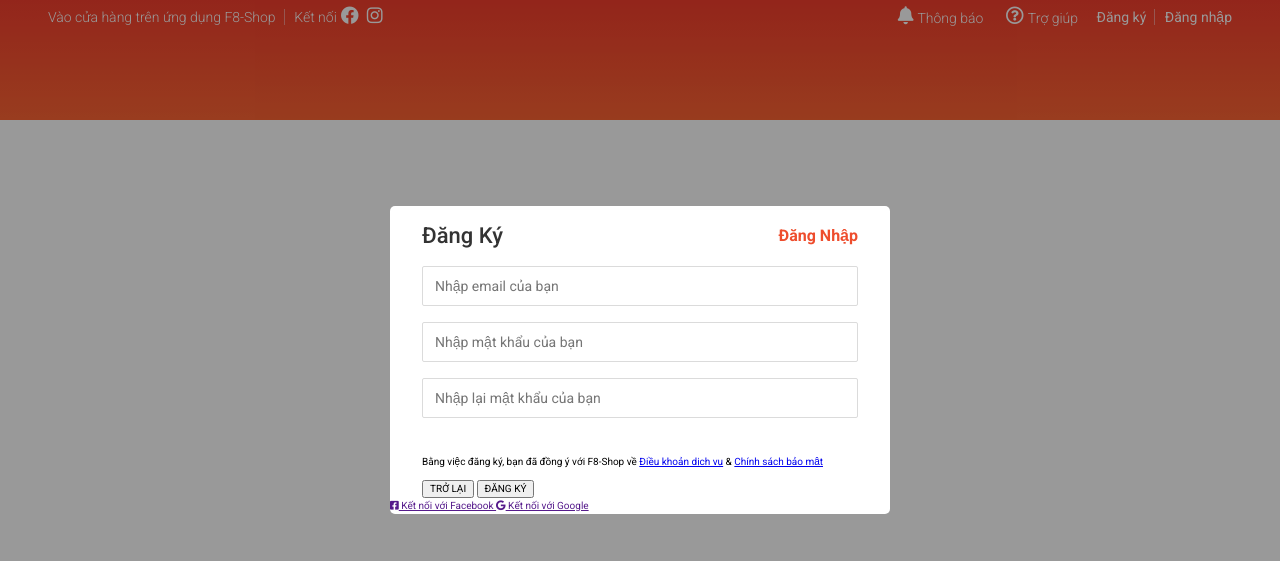
Repository: huynhnhan112/Shopee_Homepage
Page: index.html
These files come from the project's save history. The page is drawn as it stood at one moment and after the next save; the edit follows.
The browser window is 1280 px wide. The pictures show the whole page.

Above is the page before, as saved 2021-11-19 14:25:03.

### index.html
<!DOCTYPE html>
<html lang="en">

<head>
    <meta charset="UTF-8">
    <meta http-equiv="X-UA-Compatible" content="IE=edge">
    <meta name="viewport" content="width=device-width, initial-scale=1.0">
    <link rel="stylesheet" href="https://cdnjs.cloudflare.com/ajax/libs/normalize/8.0.1/normalize.min.css"
        integrity="sha512-NhSC1YmyruXifcj/KFRWoC561YpHpc5Jtzgvbuzx5VozKpWvQ+4nXhPdFgmx8xqexRcpAglTj9sIBWINXa8x5w=="
        crossorigin="anonymous" referrerpolicy="no-referrer" />
    <link rel="preconnect" href="https://fonts.googleapis.com">
    <link rel="preconnect" href="https://fonts.gstatic.com" crossorigin>
    <link href="https://fonts.googleapis.com/css2?family=Roboto:wght@100;300;400;500;700&display=swap" rel="stylesheet">
    <link rel="stylesheet" href="./assets/fonts/fontawesome-free-5.15.4/fontawesome-free-5.15.4-web/css/all.min.css">
    <link rel="stylesheet" href="./assets/css/base.css">
    <link rel="stylesheet" href="./assets/css/style.css">
    <title>F8 - Shop</title>
</head>

<body>
    <div class="app">
        <header class="header">
            <div class="grid">
                <nav class="header__navbar">
                    <ul class="header__navbar-list">
                        <li class="header__navbar-item header__navbar-item--qr header__navbar-item--separate">Vào cửa
                            hàng trên ứng dụng F8-Shop
                            <div class="header__qr">
                                <img src="./assets/img/qr_code.png" alt="QR code" class="header__qr-img">
                                <div class="header__qr-apps">
                                    <a href="" class="header__qr-link">
                                        <img src="./assets/img/google_play.png" alt="Google Play"
                                            class="header__qr-download">
                                    </a>
                                    <a href="" class="header__qr-link">
                                        <img src="./assets/img/app_store.png" alt="App Store"
                                            class="header__qr-download">
                                    </a>
                                </div>
                            </div>
                        </li>
                        <li class="header__navbar-item">
                            <span class="header__navbar-title">Kết nối</span>
                            <a href="#" class="header__navbar-icon-link">
                                <i class="header__navbar-icon fab fa-facebook"></i>
                            </a>
                            <a href="#" class="header__navbar-icon-link">
                                <i class="header__navbar-icon fab fa-instagram"></i>
                            </a>
                        </li>
                    </ul>
                    <ul class="header__navbar-list">
                        <li class="header__navbar-item header__navbar-item--show-notify">
                            <a href="#" class="header__navbar-item-link">
                                <i class="header__navbar-icon fas fa-bell"></i>
                                Thông báo
                            </a>
                            <div class="header__notify">
                                <header class="header__notify-header">
                                    <h3>Thông Báo Mới Nhận</h3>
                                </header>
                                <ul class="header__notify-list">
                                    <li class="header__notify-item header__notify-item--viewed">
                                        <a href="" class="header__notify-link">
                                            <img src="https://img.abaha.vn/photos/origin/83-1586781803-myphamohui-lgvina.png"
                                                alt="" class="header__notify-img">
                                            <div class="header__notify-info">
                                                <span class="header__notify-name">Ohui chính thức ra mắt dòng son
                                                    lì mới The First Genture Lipstick</span>
                                                <span class="header__notify-description">Một lần môi căng mềm, quyến
                                                    rũ với sắc màu nổi bật luôn là điều mà các quý cô ao
                                                    ước</span>
                                            </div>
                                        </a>
                                    </li>
                                    <li class="header__notify-item header__notify-item--viewed">
                                        <a href="" class="header__notify-link">
                                            <img src="https://img.abaha.vn/photos/origin/83-1586781803-myphamohui-lgvina.png"
                                                alt="" class="header__notify-img">
                                            <div class="header__notify-info">
                                                <span class="header__notify-name">Xác thực chính hãng nguồn gốc
                                                    các sản phẩm Ohui</span>
                                                <span class="header__notify-description">HiddenTag là xác thực hàng
                                                    chính hãng bằng công nghệ tiên tiến nhất hiện nay</span>
                                            </div>
                                        </a>
                                    </li>
                                    <li class="header__notify-item">
                                        <a href="" class="header__notify-link">
                                            <img src="https://img.abaha.vn/photos/origin/83-1586781803-myphamohui-lgvina.png"
                                                alt="" class="header__notify-img">
                                            <div class="header__notify-info">
                                                <span class="header__notify-name">Sale sốc bộ dưỡng Ohui The First
                                                    tái tạo trả hóa da SALE OFF 70%</span>
                                                <span class="header__notify-description">Giá chỉ còn 375.000(giá
                                                    gốc 1.250.000 vnđ)</span>
                                            </div>
                                        </a>
                                    </li>
                                </ul>
                                <footer class="header__notify-footer">
                                    <a href="" class="header__notify-footer-btn">Xem tất cả</a>
                                </footer>
                            </div>
                        </li>
                        <li class="header__navbar-item">
                            <a href="#" class="header__navbar-item-link">
                                <i class="header__navbar-icon far fa-question-circle"></i>
                                Trợ giúp
                            </a>
                        </li>
                        <li class="header__navbar-item header__navbar-item--strong header__navbar-item--separate">Đăng
                            ký</li>
                        <li class="header__navbar-item header__navbar-item--strong">Đăng nhập</li>
                    </ul>
                </nav>
            </div>
        </header>

        <div class="container">

        </div>

        <footer class="footer">

        </footer>
    </div>

    <!-- Modal Layout -->
    <div class="modal">
        <div class="modal__overclay"></div>
        <div class="modal__body">

            <!-- Authen form -->
            <div class="auth-form">
                <div class="auth-form__container">
                    <div class="auth-form__header">
                        <h3 class="auth-form__heading">Đăng Ký</h3>
                        <span class="auth-form__switch-btn">Đăng Nhập</span>
                    </div>
                    <div class="auth-form__form">
                        <div class="auth-form__group">
                            <input type="text" class="auth-form__input" placeholder="Nhập email của bạn">
                        </div>
                        <div class="auth-form__group">
                            <input type="text" class="auth-form__input" placeholder="Nhập mật khẩu của bạn">
                        </div>
                        <div class="auth-form__group">
                            <input type="text" class="auth-form__input" placeholder="Nhập lại mật khẩu của bạn">
                        </div>
                    </div>
                    <div class="auth-form__aside">
                        <p>Bằng việc đăng ký, bạn đã đồng ý với F8-Shop về <a href="#">Điều khoản dịch
                                vụ</a> & <a href="#">Chính sách bảo mật</a></p>
                    </div>
                    <div class="auth-form__controls">
                        <button class="btn">TRỞ LẠI</button>
                        <button class="btn btn--primary">ĐĂNG KÝ</button>
                    </div>
                </div>
                <div class="auth-form__socials">
                    <a href="" class="btn btn--with--icon">
                        <i class="fab fa-facebook-square"></i>
                        Kết nối với Facebook
                    </a>
                    <a href="" class="btn btn--with--icon">
                        <i class="fab fa-google"></i>
                        Kết nối với Google
                    </a>
                </div>
            </div>
        </div>
    </div>
</body>

</html>

### assets/css/base.css
:root{
    --white-color: #fff;
    --black-color: #000;
    --text-color: #333;
    --primary-color: #ee4d2d;
    --border-color: #dbdbdb;
}

*{
    box-sizing: inherit;
}

html{
    font-size: 62.5%;
    line-height: 1.6rem;
    font-family: 'Roboto', sans-serif;
    box-sizing: border-box;
}

.grid{
    width: 1200px;
    max-width: 100%;
    margin: 0 auto;
}

.grid__full_width{
    width: 100%;
}

.gid__row{
    display: flex;
    flex-wrap: wrap;
}

@keyframes fadeIn {
    from{
        opacity: 0;
    }
    to{
        opacity: 1;
    }
}

/* Modal */
.modal{
    position: fixed;
    top: 0;
    left: 0;
    right: 0;
    bottom: 0;
    display: flex;
}

.modal__overclay{
    position: absolute;
    width: 100%;
    height: 100%;
    background-color: rgba(0,0,0,0.4);
}

.modal__body{
    position: relative;
    background-color: var(--white-color);
    margin: auto;
    z-index: 1;
    border-radius: 5px;
}

### assets/css/style.css
.header{
    height: 120px;
    background-image: linear-gradient(0, #fe6433, #f53e2d);
}

.header__navbar{
    display: flex;
    justify-content: space-between;
    min-height: 26px;
}

.header__navbar-list{
    list-style: none;
    padding-left: 0;
    margin-top: 4px;
}

.header__navbar-item{
    margin: 0 8px;
    position: relative;
    min-height: 26px;
}

.header__navbar-item,
.header__navbar-item-link{
    display: inline-block;
    font-size: 1.4rem;
    color: var(--white-color);
    text-decoration: none;
    font-weight: 300;
}

.header__navbar-item,
.header__navbar-item-link,
.header__navbar-icon-link{
    display: inline-flex;
    align-items: center;
}

.header__navbar-item:hover,
.header__navbar-item-link:hover,
.header__navbar-icon-link:hover{
    color: rgba(255,255,255, 0.7);
    cursor: pointer;
}

.header__navbar-item--strong{
    font-weight: 400;
}

.header__navbar-item--separate::after{
    content: '';
    display: block;
    position: absolute;
    border-left: 1px solid #FB9086;
    height: 16px;
    right: -9px;
    top: 50%;
    transform: translateY(-50%);
}

.header__navbar-icon-link{
    color: var(--white-color);
    text-decoration: none;
}

.header__navbar-icon{
    font-size: 1.8rem;
    margin: 0 4px 5px;
}

.header__navbar-title{
    cursor: text;
    color: var(--white-color);
}

/* Header QR Code */
.header__qr{
    background-color: var(--white-color);
    width: 186px;
    position: absolute;
    left: 0;
    top: 160%;
    padding: 8px;
    border-radius: 2px;
    display: none;
    animation: fadeIn ease-in-out 0.3s;
}

.header__qr::before{
    content: '';
    position: absolute;
    display: block;
    width: 100%;
    height: 20px;
    top: -16px;
    left: 0;
}

.header__navbar-item--qr:hover .header__qr{
    display: block;
}

.header__qr-img{
    width: 100%;
}

.header__qr-apps{
    display: flex;
    justify-content: space-between;
}

.header__qr-link:first-child{
    margin-left: 11px;
}

.header__qr-link:last-child{
    margin-right: 11px;
}

.header__qr-download{
    height: 15px;
}

/* Header Notifycation */
.header__notify{
    position: absolute;
    top: 150%;
    right: 0;
    width: 404px;
    border: 1px solid #d3d3d3;
    background-color: var(--white-color);
    cursor: default;
    transform-origin: calc(100% - 20px) top;
    animation: headerNotify ease-in-out 0.3s;
    will-change: opacity, transform;
    display: none;
}

.header__notify::before{
    content: '';
    border: 20px solid;
    border-color: transparent transparent var(--white-color) transparent;
    position: absolute;
    right: 10px;
    top: -29px;
}

.header__notify::after{
    content: '';
    display: block;
    width: 90px;
    height: 20px;
    position: absolute;
    right: 0;
    top: -15px;
}

@keyframes headerNotify {
    from{
        transform: scale(0);
        opacity: 0;
    }
    to{
        transform: scale(1);
        opacity: 1;
    }
}

.header__navbar-item--show-notify:hover .header__notify{
    display: block;
}

.header__notify-header{
    height: 40px;
    background-color: var(--white-color);
}

.header__notify-header h3{
    color: #999;
    margin: 0 0 0 12px;
    font-weight: 400;
    font-size: 1.5rem;
    line-height: 40px;
    user-select: none;
}

.header__notify-list{
    padding-left: 0;
}

.header__notify-item{
    display: flex;
}

.header__notify-item:hover{
    background-color: #f7f7f7;
}

.header__notify-item--viewed{
    background-color: rgba(238,75,43,0.08);
}

.header__notify-link{
    display: flex;
    width: 100%;
    padding: 12px;
    text-decoration: none;
}

.header__notify-img{
    width: 48px;
    object-fit: contain;
}

.header__notify-info{
    margin-left: 1.2rem;
    /* line-height: 2.4rem; */
}

.header__notify-name{
    display: block;
    font-size: 1.4rem;
    color: var(--text-color);
    font-weight: 500;
    line-height: 1.8rem;
}

.header__notify-description{
    display: block;
    font-size: 1.2rem;
    color: #756f6e;
    font-weight: 400;
    margin-top: 0.4rem;
}

.header__notify-footer{
    text-align: center;
}

.header__notify-footer-btn{
    text-decoration: none;
    color: var(--text-color);
    padding: 16px 0;
    width: 100%;
    display: block;
    font-weight: 500;
}

/* Authencation Form */
.auth-form{
    width: 500px;
}

.auth-form__container{
    margin: 0 32px;
}

.auth-form__header{
    display: flex;
    align-items: center;
    justify-content: space-between;
}

.auth-form__heading{
    font-size: 2.2rem;
    font-weight: 500;
    color: var(--text-color);
}

.auth-form__switch-btn{
    font-size: 1.6rem;
    color: var(--primary-color);
    font-weight: 600;
    cursor: pointer;
}

.auth-form__input{
    height: 4rem;
    width: 100%;
    margin-bottom: 1.6rem;
    padding: 0 1.2rem;
    font-size: 1.4rem;
    border: 1px solid var(--border-color);
    border-radius: 2px;
    outline: none;
}

.auth-form__input:focus{
    border-color: #888;
}

.auth-form__aside{
    margin-top: 2rem;
}

Loaded but not shown: assets/fonts/fontawesome-free-5.15.4/fontawesome-free-5.15.4-web/css/all.min.css (library)

After the next save:
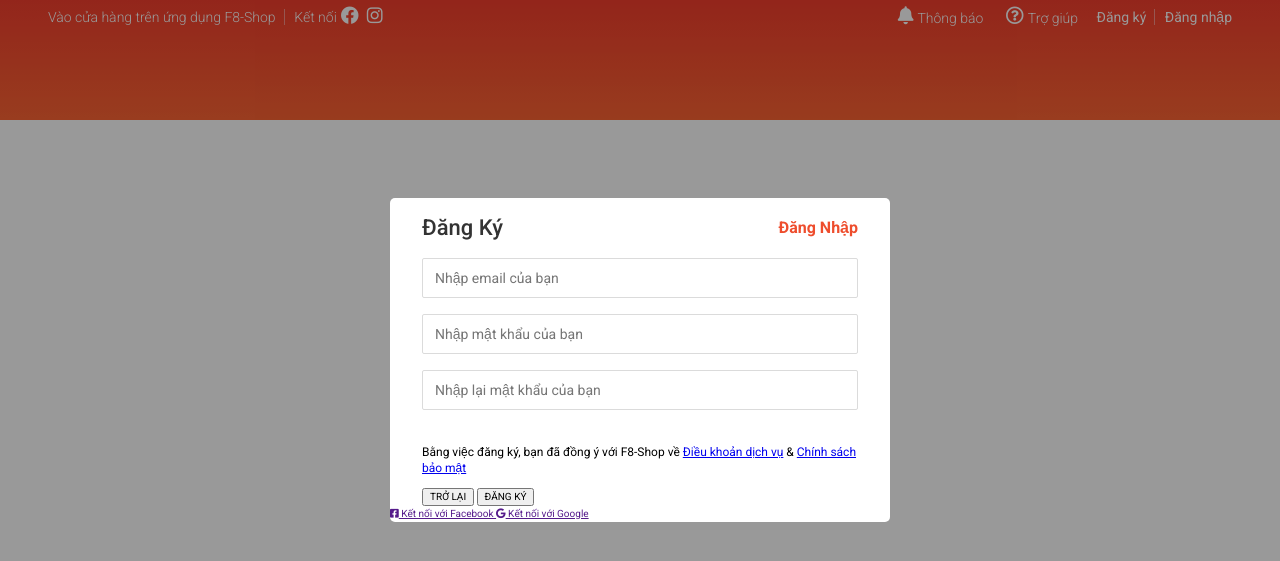
Saved 75 s later.
--- a/assets/css/style.css
+++ b/assets/css/style.css
@@ -291,5 +291,9 @@
 }
 
 .auth-form__aside{
-    margin-top: 2rem;
-}
+    margin-top: 1.8rem;
+}
+
+.auth-form__aside p{
+    font-size: 1.2rem;
+}
